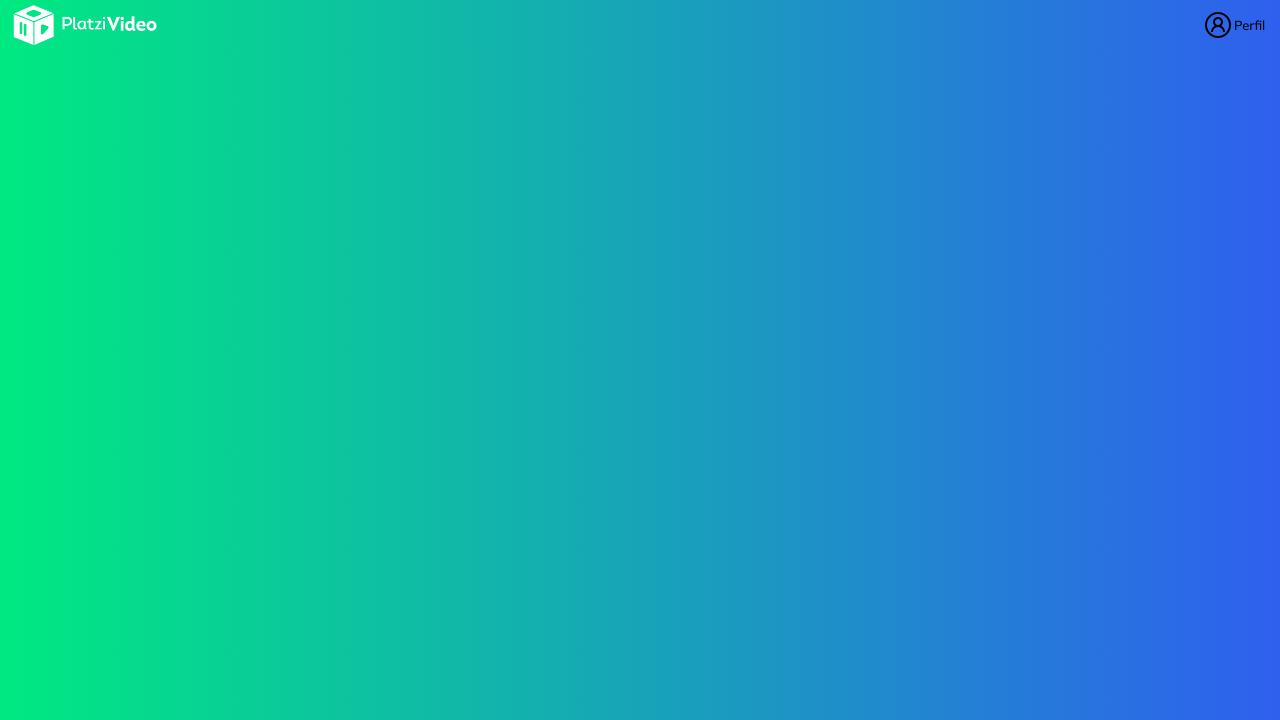
Repository: EnzoSz/Curso_frontend_dev
Page: proyecto/index.html
The author's editor kept a copy of each file at every save. The page is drawn from the files as they stood at one save, then again after the next save.
The browser window is 1280 px wide. The pictures show the whole page.

Above is the page before, as saved 2021-03-01 16:43:24.

### proyecto/index.html
<!DOCTYPE html>
<html lang="en">
<head>
    <meta charset="UTF-8">
    <meta http-equiv="X-UA-Compatible" content="IE=edge">
    <meta name="viewport" content="width=device-width, initial-scale=1.0">
    <link rel="stylesheet" href="./CSS/style.css">
    <link rel="preconnect" href="https://fonts.gstatic.com">
    <link href="https://fonts.googleapis.com/css2?family=Mulish:wght@500&display=swap" rel="stylesheet">
    <title>Platzi Video</title>
</head>
<body>
    <header class="header">
        <img class="header__img" src="./Asset/icon/logo-platzi-video-header.png" alt="Imagen logo de platzi">
        <div class="header__menu">
            <div class="header__menu--profile">
                <img src="./Asset/icon/icons-usuario.png" alt="imagen de usuario">
                <p>Perfil</p>
            </div>
            <div>
                <ul>
                    <li><a href="#">Cuenta</a></li>
                    <li><a href="#">Cerrar Sesión</a></li>
                </ul>
            </div>
        </div>
    </header>
</body>
</html>

### proyecto/CSS/style.css
* {
    margin: 0;
    padding: 0;
    box-sizing: border-box;
}
html {
    font-size: 62.5%;
}
body {
    background-color: #00e981;
    background-image: linear-gradient(90deg, #00e981 0%, #2f5fef 100%);
    font-family: 'Mulish', sans-serif;
    margin: 0;
}
.header {
    width: 100%;
    height: 50px;
    background-color: #00e981;
    background-image: linear-gradient(90deg, #00e981 0%, #2f5fef 100%);
    display: flex;
    justify-content: space-between;
    align-items: center;
}
.header__img {
    width: 150px;
    margin: 0 0 0 10px;
    height: auto;
}
.header__menu {
    margin-right: 30px;
}
.header__menu ul {
    display: none;
    list-style: none;
    padding: 0;
    position: absolute;
    width: 100px;
    text-align: right;
    font-size: 1.3rem;
    font-weight: 500;
    line-height: 1.9rem;
    color: black;
    margin: 0px 0px 0px -36px;
}
.header__menu:hover ul, ul:hover {
    display: block;
}
.header__menu li {
    margin: 10px 0px;

}
.header__menu li a {
    text-decoration: none;
    color: black;
}
.header__menu li a:hover{
    text-decoration: underline;
}
.header__menu--profile {
    margin-right: 8px;
    width: 40px;
    display: flex;
}
.header__menu--profile p {
    margin: auto;
    font-weight: 500;
    font-size: 1.3rem;
    line-height: 1.9rem;
}

After the next save:
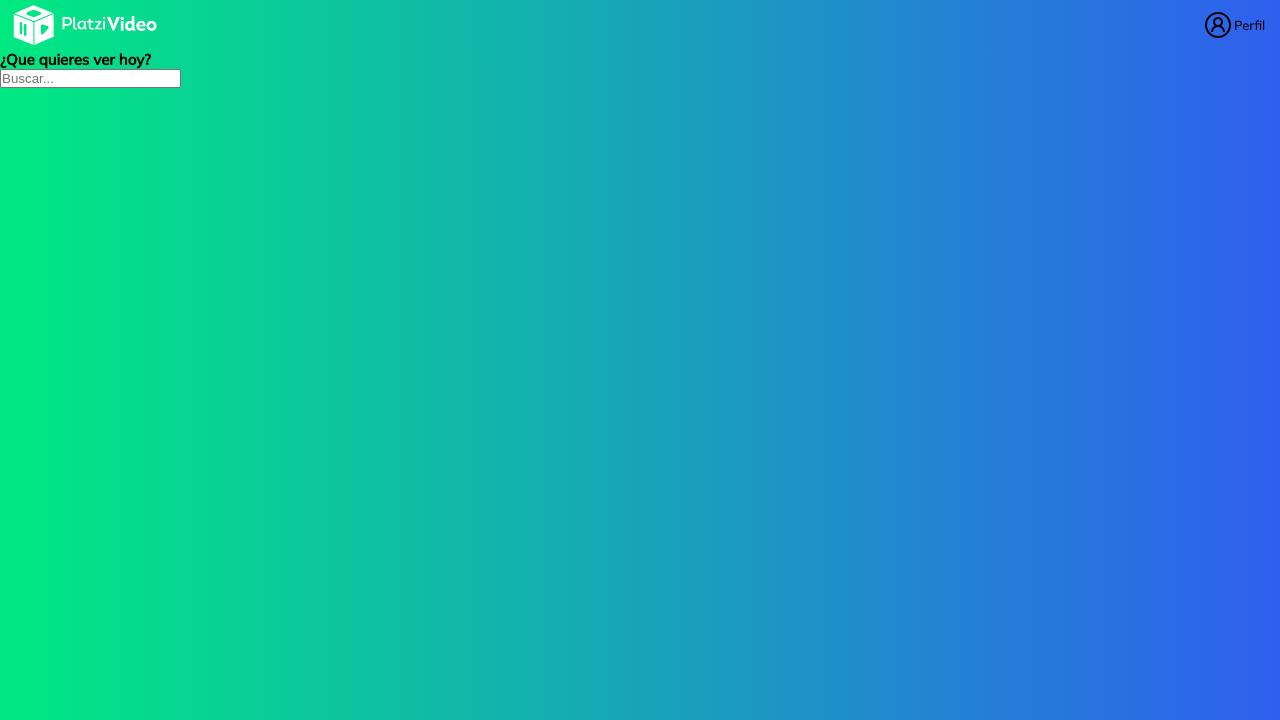
Saved 2 days later.
--- a/proyecto/index.html
+++ b/proyecto/index.html
@@ -25,5 +25,11 @@
             </div>
         </div>
     </header>
+    <main>
+        <section>
+            <h2>¿Que quieres ver hoy?</h2>
+            <input type="text" placeholder="Buscar...">
+        </section>
+    </main>
 </body>
 </html>
